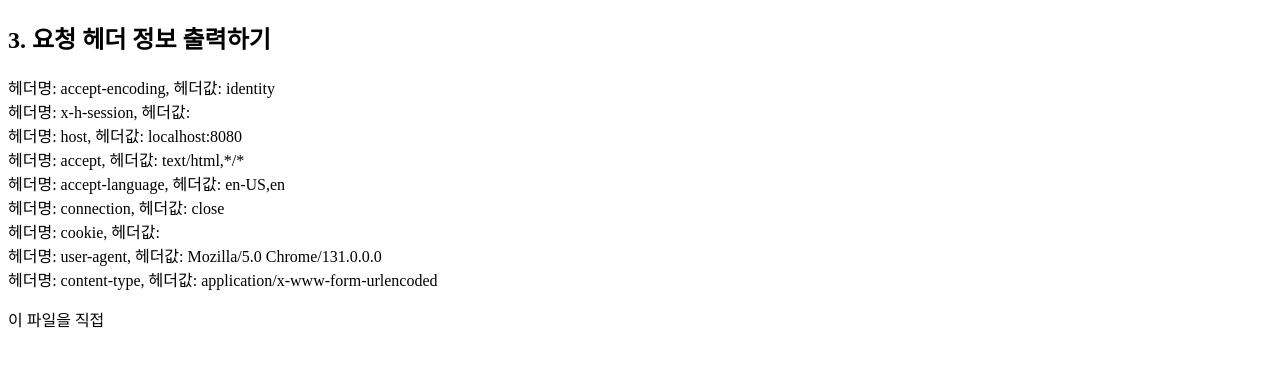
Repository: bhj305/JSP_Servlet
Page: http://localhost/MustHaveJSP/02ImplicitObject/RequestHeader.jsp
These files come from the project's save history. The page is drawn as it stood at one moment and after the next save; the edit follows.
The browser window is 1280 px wide. The pictures show the whole page.
The page is served by Tomcat 10.

Above is the page before, as saved 2025-05-02 06:55:51.

After the next save:
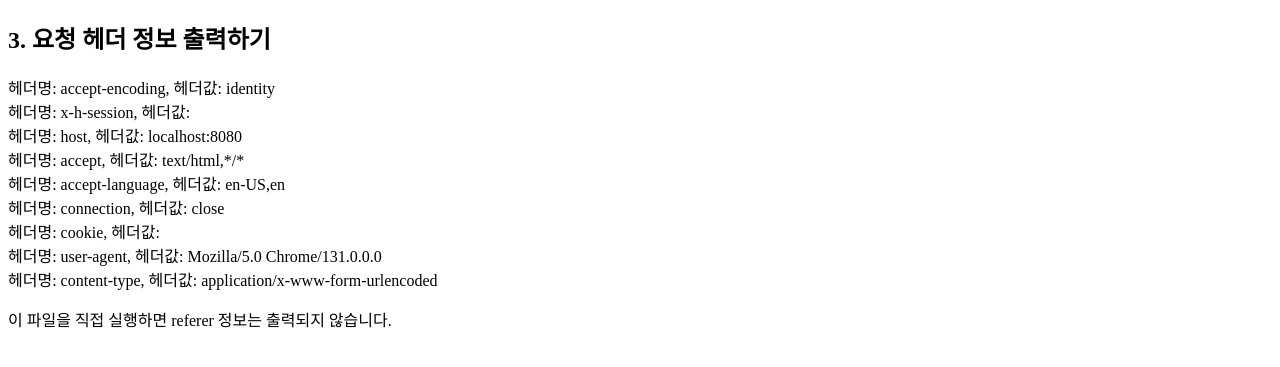
Saved 47 s later.
--- a/MustHaveJSP/src/main/webapp/02ImplicitObject/RequestHeader.jsp
+++ b/MustHaveJSP/src/main/webapp/02ImplicitObject/RequestHeader.jsp
@@ -17,7 +17,7 @@
 			out.println("헤더명: " + headerName+ ", 헤더값: " + headerValue + "<br/>");
 		}
 		%>
-		<p>이 파일을 직접
+		<p>이 파일을 직접 실행하면 referer 정보는 출력되지 않습니다.</p>
 
 
 	</body>
